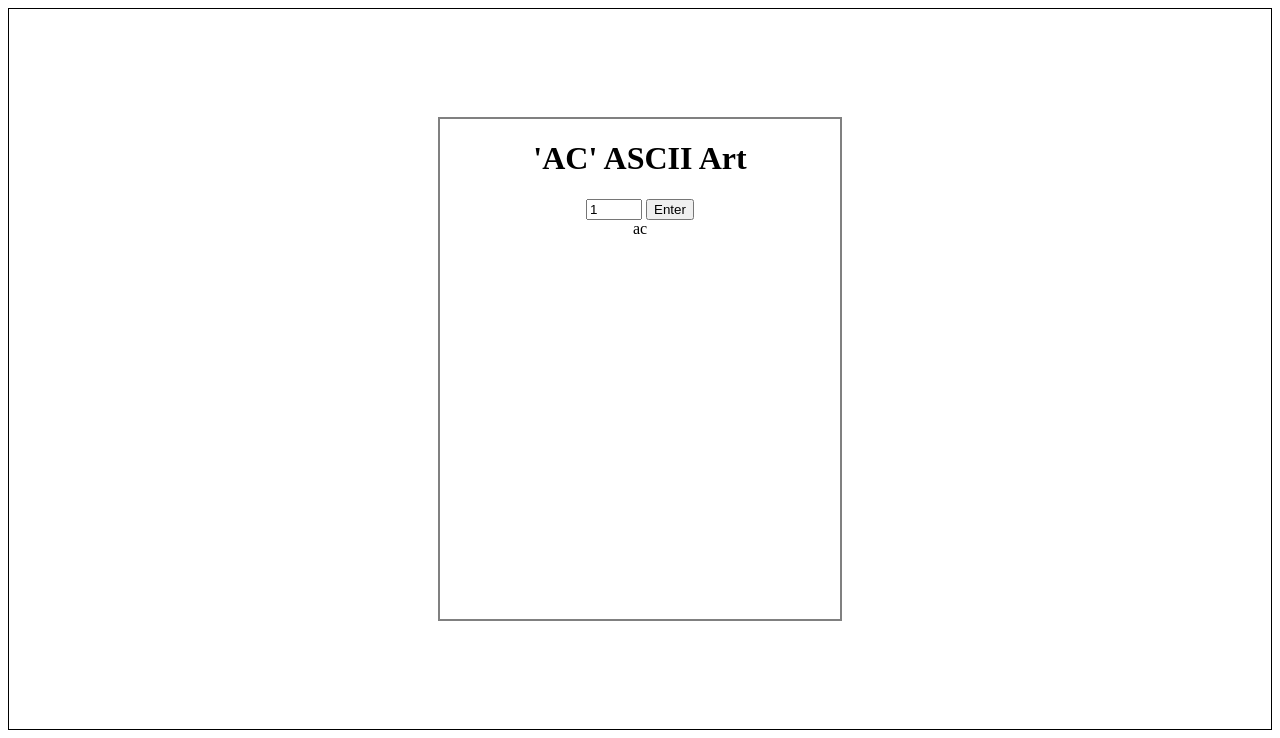
Repository: Achorn/ascii-art
Page: index.html
The author's editor kept a copy of each file at every save. The page is drawn from the files as they stood at one save, then again after the next save.
The browser window is 1280 px wide. The pictures show the whole page.

Above is the page before, as saved 2021-08-09 12:28:12.

After the next save:
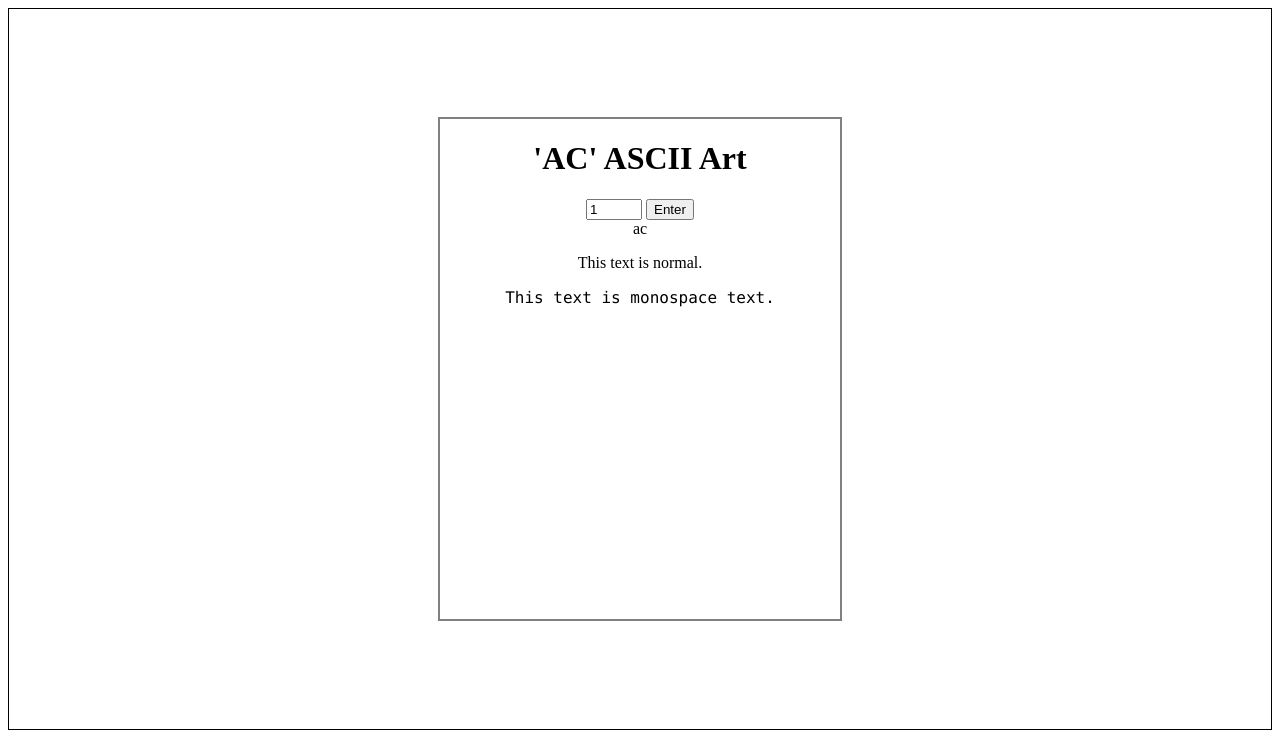
Saved 2 min 44 s later.
--- a/index.html
+++ b/index.html
@@ -14,6 +14,10 @@
       <input type="number" min="1" value="1" max="10" />
       <button>Enter</button>
       <div id="ascii">ac</div>
+      <p>This text is normal.</p>
+      <p style="font-family: 'Lucida Console', monospace">
+        This text is monospace text.
+      </p>
     </form>
   </body>
 </html>
